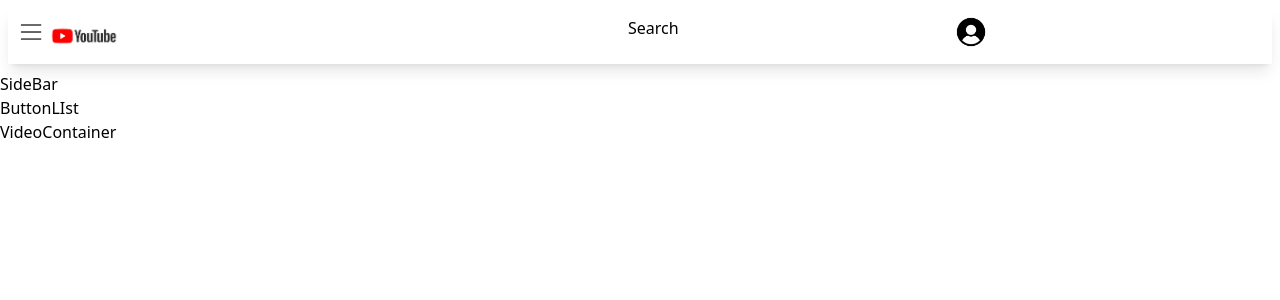
Repository: AmolPawar7181/namaste-youtube
Page: /
These files come from the project's save history. The page is drawn as it stood at one moment and after the next save; the edit follows.
The browser window is 1280 px wide. The pictures show the whole page.
The project was rebuilt for these pictures with package versions that can differ from the ones it lists, and the page was loaded fresh each time. Also part of the build but not shown: vite.config.ts.

Above is the page before, as saved 2023-03-19 12:08:33.

### src/App.tsx
import Body from './components/Body';
import Head from './components/Head';
import './index.css';

function App() {

  return (
    <>
    <Head />
    <Body />
    </>
  )
}

export default App;

### src/components/Body.tsx
import React from 'react'
import MainContainer from './MainContainer'
import SideBar from './SideBar'

const Body = () => {
  return (
    <div>
        <SideBar />
        <MainContainer />
    </div>
  )
}

export default Body

### src/components/Head.tsx
import React from 'react'

const Head = () => {
  return (
    <div className='grid grid-flow-col p-2 m-2 shadow-lg'>
        <div className='flex'>
        <img className="h-8" src="data:[embedded picture, 558 characters]" alt="menu"/>
        <img className="h-10" src="data:[embedded picture, 4610 characters]" alt="Youtube" />
        </div>
        <div>
            <input type="text" />
            <button>Search</button>
        </div>
        <div>
            <img className="h-8" alt="user" src='data:[embedded picture, 3630 characters]'/>
            </div>
    </div>
  )
}

export default Head

### src/components/MainContainer.tsx
import React from 'react'
import ButtonList from './ButtonLIst';
import VideoContainer from './VideoContainer';

const MainContainer = () => {
  return (
    <div>
        <ButtonList />
        <VideoContainer />
    </div>
  )
}

export default MainContainer

### src/components/ButtonLIst.tsx
import React from 'react'

const ButtonList = () => {
  return (
    <div>ButtonLIst</div>
  )
}

export default ButtonList;

### tailwind.config.cjs
/** @type {import('tailwindcss').Config} */
module.exports = {
  content: [
    "./index.html",
  "./src/**/*.{js,ts,jsx,tsx}",],
  theme: {
    extend: {},
  },
  plugins: [],
}

Loaded but not shown: index.html (common file); src/main.tsx (common file); src/index.css (common file); src/components/SideBar.tsx (common file); src/components/VideoContainer.tsx (common file)

After the next save:
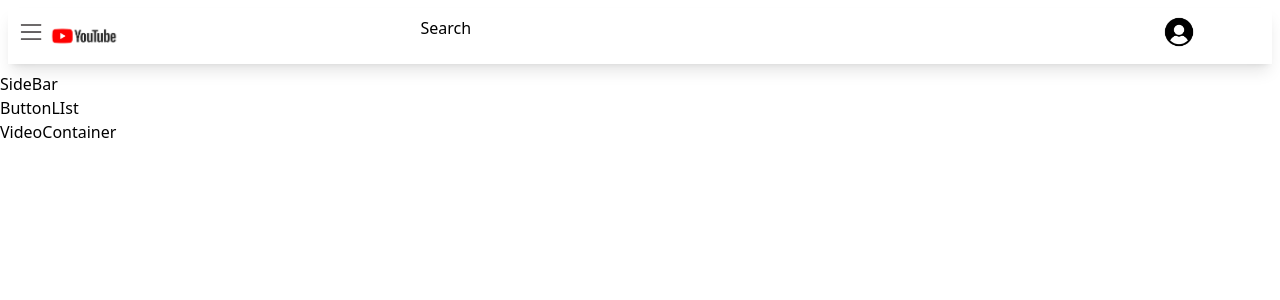
Saved 48 s later.
--- a/src/components/Head.tsx
+++ b/src/components/Head.tsx
@@ -3,15 +3,15 @@
 const Head = () => {
   return (
     <div className='grid grid-flow-col p-2 m-2 shadow-lg'>
-        <div className='flex'>
+        <div className='flex col-span-1'>
         <img className="h-8" src="data:[embedded picture, 558 characters]" alt="menu"/>
         <img className="h-10" src="data:[embedded picture, 4610 characters]" alt="Youtube" />
         </div>
-        <div>
+        <div className='col-span-10'>
             <input type="text" />
             <button>Search</button>
         </div>
-        <div>
+        <div className='col-span-1'>
             <img className="h-8" alt="user" src='data:[embedded picture, 3630 characters]'/>
             </div>
     </div>
